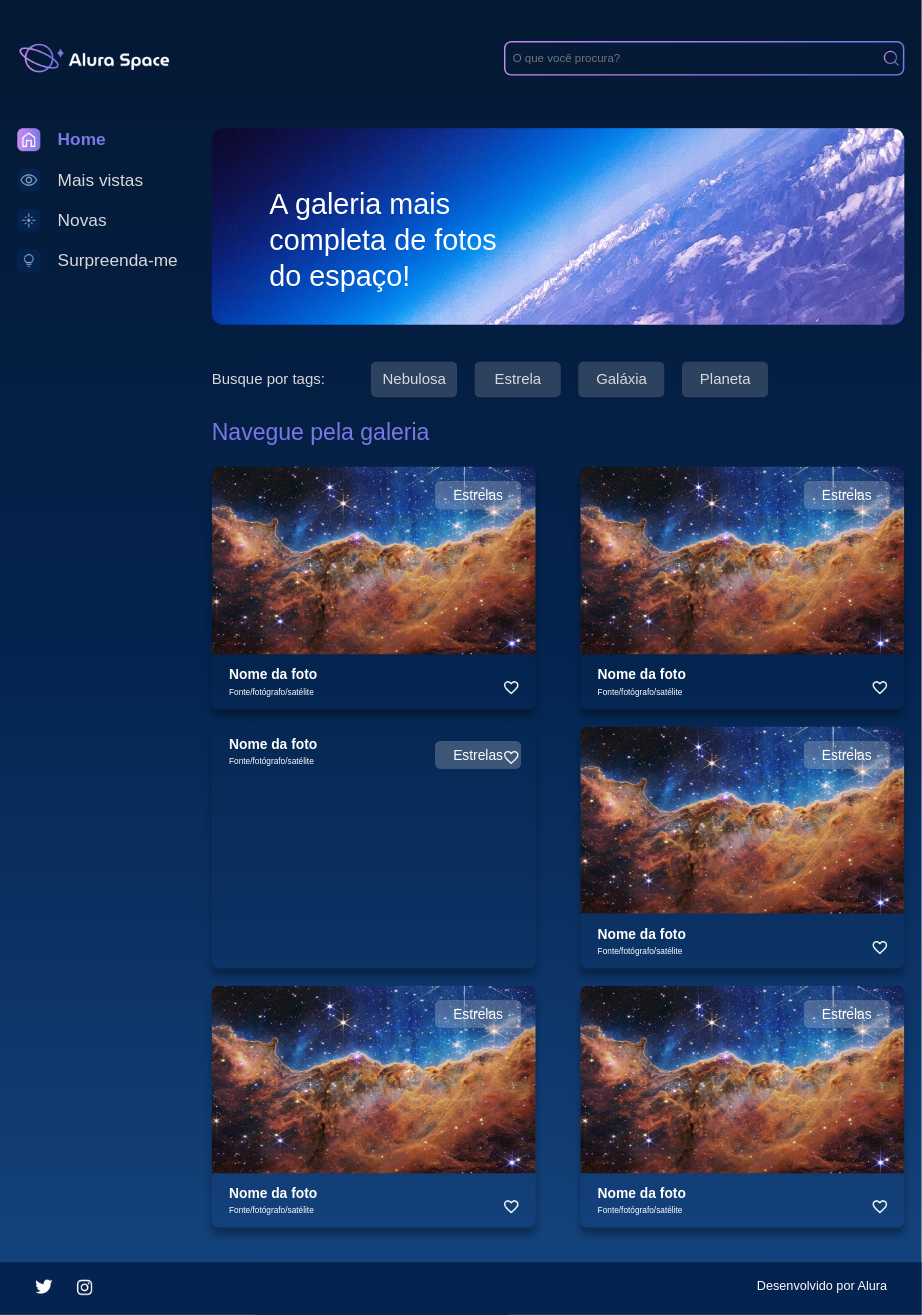
Repository: RafaSilva025/AluraSpace
Page: templates/galeria/index.html
An editor plug-in stored every save of this project. The page is shown before and after a run of saves, followed by the edit.
The browser window is 1280 px wide. The pictures show the whole page, at 72% of full size.
The template is drawn by Django 4.2. The application's start-up code is not run. The template is opened directly, without the code that normally fills it, so the values that code supplies are empty.

Above is the page before, as saved 2022-11-01 13:09:59.

After the next 2 saves:
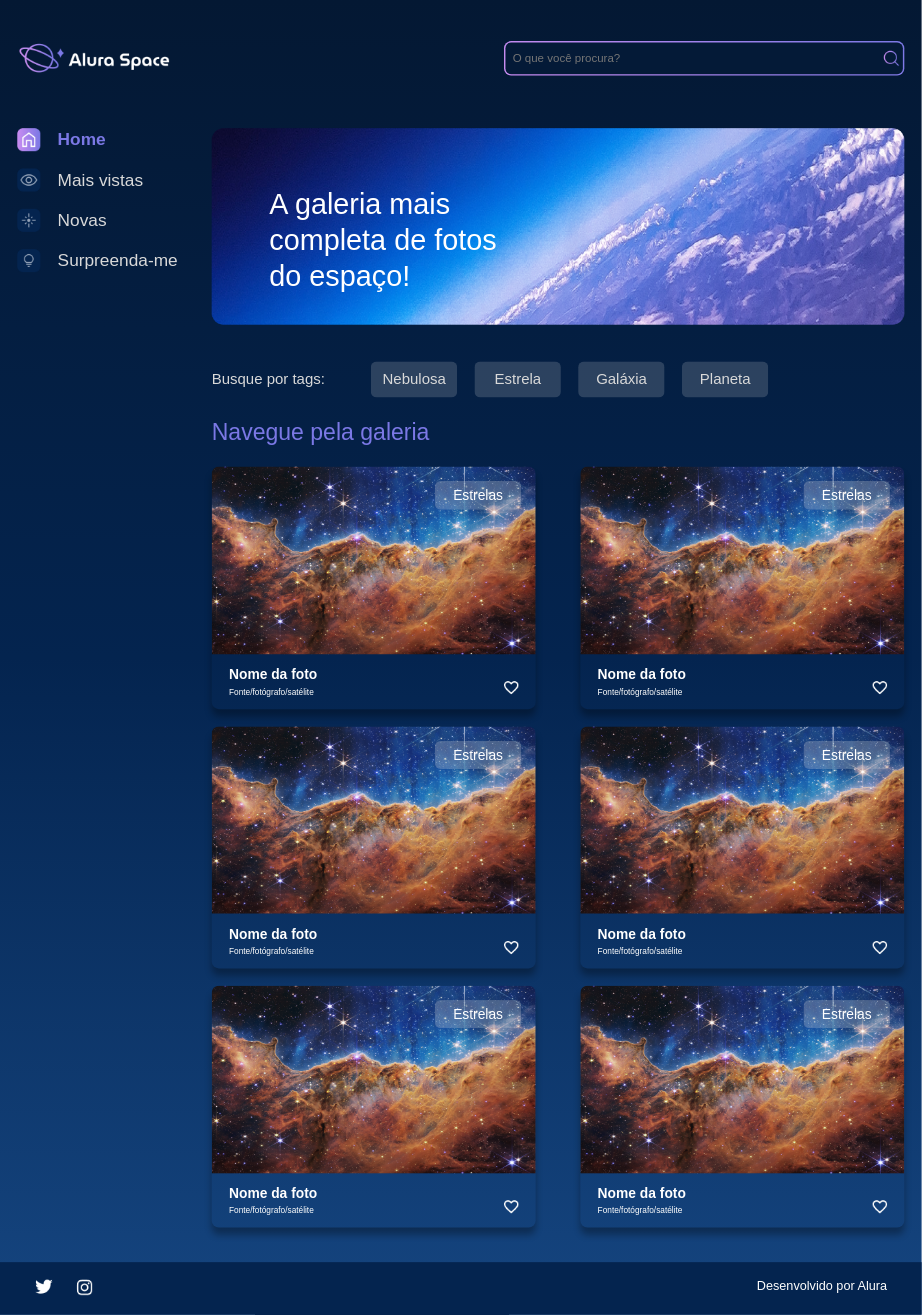
The 2 saves are shown as one change because they came seconds apart.
The last was saved 56 s later.
--- a/templates/galeria/index.html
+++ b/templates/galeria/index.html
@@ -82,7 +82,7 @@
                                 </div>
                             </li>
                             <li class="card">
-                            <a href=">{% url 'imagem' %}"
+                            <a href="{% url 'imagem' %}"></a>
                                     <img class="card__imagem" src="{% static '/assets/imagens/galeria/carina-nebula.png' %}" alt="foto">
                                 </a>
                                 <span class="card__tag">Estrelas</span>
